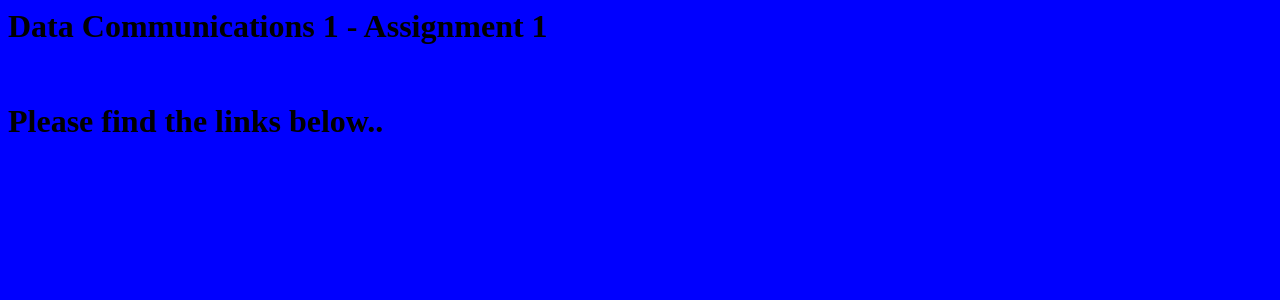
Repository: RaghavTVel/CUB_Codes
Page: eclipse_workspace/DataCommAssignment1/www/index.html
An editor plug-in stored every save of this project. The page is shown before and after the next save, followed by the edit.
The browser window is 1280 px wide. The pictures show the whole page.

Above is the page before, as saved 2015-09-06 00:02:19.

### eclipse_workspace/DataCommAssignment1/www/index.html
<html>

<head>
<h1>
Data Communications 1 - Assignment 1<br><br>
</h1>
</head>

<title>
Data Communications 1 - Assignment 1
</title>

<body bgcolor='blue'>
<p>
<h1>
Please find the links below..<br><br><br>
</h1>
</p>
</body>

</html>

After the next save:
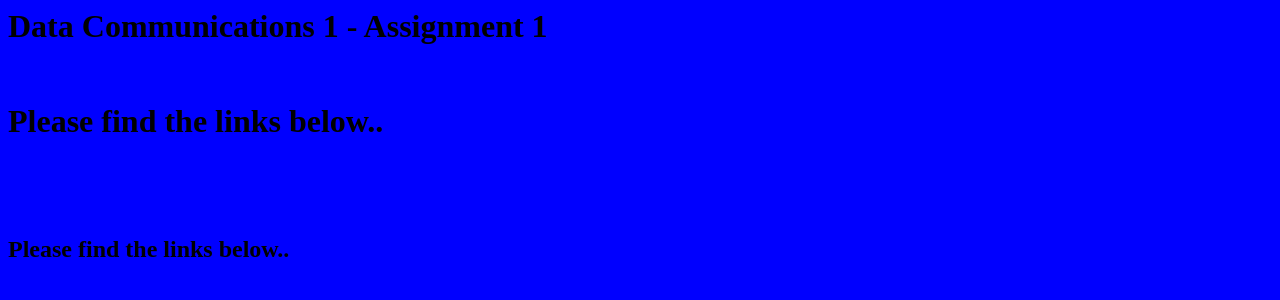
Saved 2 min 30 s later.
--- a/eclipse_workspace/DataCommAssignment1/www/index.html
+++ b/eclipse_workspace/DataCommAssignment1/www/index.html
@@ -11,11 +11,19 @@ Data Communications 1 - Assignment 1
 </title>
 
 <body bgcolor='blue'>
+
 <p>
 <h1>
 Please find the links below..<br><br><br>
 </h1>
 </p>
+
+<p>
+<h2>
+Please find the links below..<br><br><br>
+</h2>
+</p>
+
 </body>
 
 </html>
